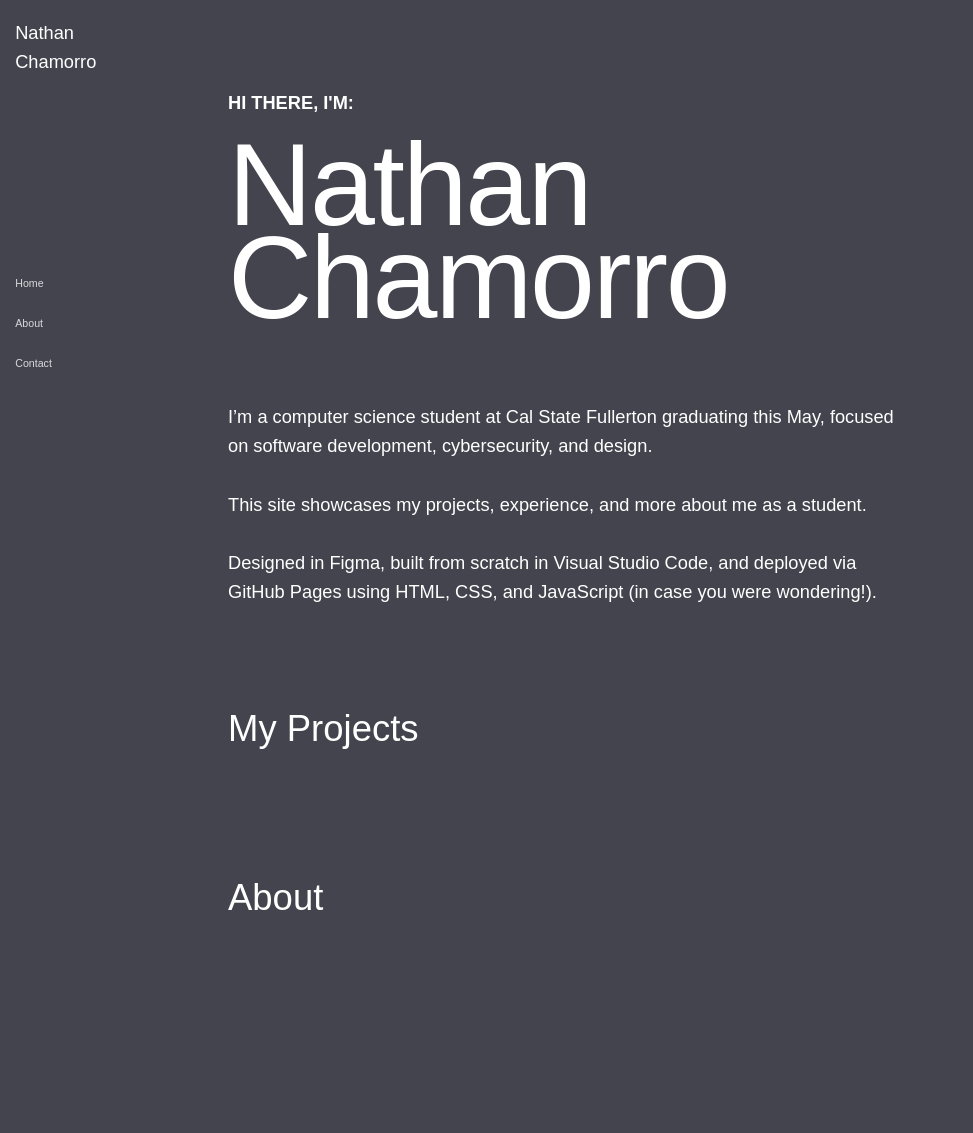
Repository: nathanchamorro1/nathanchamorro1.github.io
Page: index.html
An editor plug-in stored every save of this project. The page is shown before and after the next save, followed by the edit.
The browser window is 1280 px wide. The pictures show the whole page, at 76% of full size.
Some web fonts or font styles are not loaded; a fallback is used.

Above is the page before, as saved 2026-02-17 21:56:55.

### index.html
<!DOCTYPE html>
<html lang="en">

<head>
<meta charset="UTF-8">
<meta name="viewport" content = "width=device-width,initial-scale=1">
<title>Nathan Chamorro's Portfolio</title>
<link rel = "icon" type = "image/x-icon" href = "/assets/snoopy-favicon.ico">
<link rel="stylesheet" href="https://use.typekit.net/lhh1weh.css">
<link rel="stylesheet" href="css/style.css">
</head>
<body>

<div class="layout">
  <nav class="sidebar">
    <a href="#home" class="nav-logo">Nathan Chamorro</a>
    <ul>
      <li><a href="#home" class="nav-link">Home</a></li>
      <li><a href="#about" class="nav-link">About</a></li>
      <li><a href="#contact" class="nav-link">Contact</a></li>
      </ul>
      </nav>

  <main class="content">
    <div class="content-wrapper">
  <section class="hero">
    <h2 class="reveal">HI THERE, I'M:</h2>
    <h1 class="reveal">Nathan Chamorro</h1>
  </section>
      <p class="reveal">
        <br>I’m a computer science student at Cal State Fullerton graduating this May, focused on software development, cybersecurity, and design. <br>
        <br>This site showcases my projects, experience, and more about me as a student.<br>
        <br>Designed in Figma, built from scratch in Visual Studio Code, and deployed via GitHub Pages using HTML, CSS, and JavaScript (in case you were wondering!). <br>
      </p>
    </div>

        <section id="projects" class="content-wrapper">
      <h3 class="reveal">My Projects</h3>
    </section>

    <section id="about" class="content-wrapper">
      <h3 class="reveal">About</h3>
    </section>

    <section id="contact" class="content-wrapper">
      <h3 class="reveal">Contact</h3>
    </section>
  </main>
</div>
<script src = "js/script.js"></script>

### css/style.css
body {
  background-color: #44444E;
  color: white;
  margin: 0;
  font-family: museo-sans, sans-serif;
  font-weight: 300;
  font-style: normal;
  font-variation-settings: "slnt" 0, "wght" 400;
  line-height: 1.6;
  font-size: 1.5rem;
}

.content-wrapper {
  max-width: 900px;
  margin: 0 auto;
  margin-top: 50px;
  padding: 0 40px;
  display: flex;
  flex-direction: column;
  gap: 40px;
  text-align: left;
}

.hero {
    min-height: auto;
    display: flex;
    align-items: flex-start;
    flex-direction: column;
    justify-content: flex-start;
    padding-top: 30px;
    padding-bottom: 0;
    text-align: left;
}

h1 {
    color: white;
    font-family: "instrument-serif", sans-serif;
    font-size: clamp(4.5rem, 12vw, 14rem);
    font-weight: 400;
    font-variation-settings: "wght" 400;
    line-height: 0.8;
    margin: 0;
    letter-spacing: -0.02em;
}

h2 {
    color: white;
    font-family: "museo-sans", sans-serif;
    font-weight: 900;
    font-variation-settings: "wght" 400;
    font-size: 1.5rem;
    opacity: 0.8;
    margin-bottom: 10px;
    line-height: 3;
}

h3 {
    color: white;
    font-family: "instrument-serif", sans-serif;
    font-weight: 400;
    font-variation-settings: "wght" 400;
    font-size: 3rem;
    opacity: 0.8;
    align-self: flex-start;
    text-align: left;
    width: 100%;
}

.reveal {
    opacity: 0;
    transform: translateY(20px);
    transition: opacity 0.7s ease, transform 0.7s ease;
}

.reveal-visible {
    opacity: 1;
    transform: translateY(0);
}

.navbar {
    position: fixed;
    top: 0;
    width: 100%;
    background: white;
    box-shadow: 0 2px 10px rgba(0,0,0,0.05);
    z-index: 1000;
}

.nav-container {
    max-width: 1000px;
    margin: 0 auto;
    display: flex;
    justify-content: space-between;
    align-items: center;
    padding: 15px 20px;
    position: fixed;
}

.nav-menu {
    list-style: none;
    display: flex;
    gap: 25px;
    margin: 0;
    padding: 0;
    position: fixed;
    align-items: center;
}

.nav-link {
    text-decoration: none;
    color: white;
    font-size: 14px;
    position: fixed;
}

.nav-link:hover {
    opacity: 0.6;
}

/* --- Nav grid centering for .sidebar --- */
/* --- Two-column layout: left sidebar, right content --- */
.layout {
    display: grid;
    grid-template-columns: 220px 1fr; /* left column width, then content */
    min-height: 100vh;
}

/* Sidebar occupies the full viewport height and vertically centers the menu */
.sidebar {
    position: sticky;
    top: 0;
    height: 100vh;
    display: flex;
    flex-direction: column;
    padding: 24px 20px;
}

.sidebar .nav-logo {
    align-self: flex-start;
    text-decoration: none;
    color: white;
}

.sidebar ul {
    display: flex;
    flex-direction: column;
    gap: 14px;
    list-style: none;
    margin: auto 0; /* centers the list vertically within sidebar */
    padding: 0;
}

.sidebar .nav-link {
    position: static; /* override earlier fixed positioning */
    text-decoration: none;
    color: white;
    opacity: 0.8;
}

.sidebar .nav-link:hover {
    opacity: 1;
}

.content { min-width: 0; }

/* Optional: collapse to single column on small screens */
@media (max-width: 768px) {
  .layout { grid-template-columns: 1fr; }
  .sidebar {
    position: static;
    height: auto;
    padding: 16px;
  }
  .sidebar ul {
    flex-direction: row;
    gap: 16px;
    margin: 8px 0 0 0;
    justify-content: center;
  }
}

### js/script.js
const reveals = document.querySelectorAll(".reveal");

function revealOnScroll() {
  const windowHeight = window.innerHeight;

  reveals.forEach(el => {
    const elementTop = el.getBoundingClientRect().top;

    if (elementTop < windowHeight - 200) {
      el.classList.add("reveal-visible");
    }
  });
}

window.addEventListener("scroll", revealOnScroll);
revealOnScroll();

After the next save:
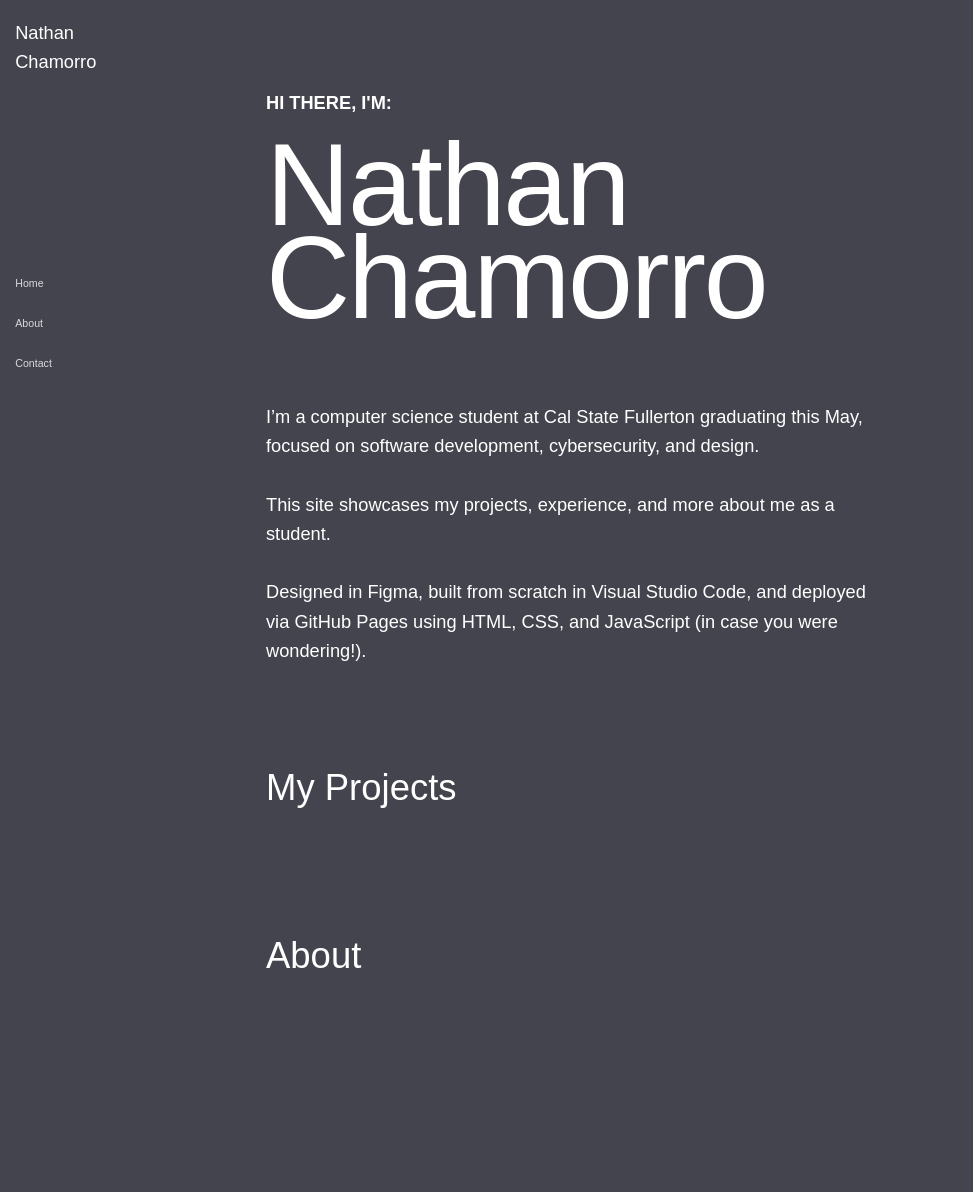
Saved 10 s later.
--- a/css/style.css
+++ b/css/style.css
@@ -11,7 +11,7 @@ body {
 }
 
 .content-wrapper {
-  max-width: 900px;
+  max-width: 800px;
   margin: 0 auto;
   margin-top: 50px;
   padding: 0 40px;
